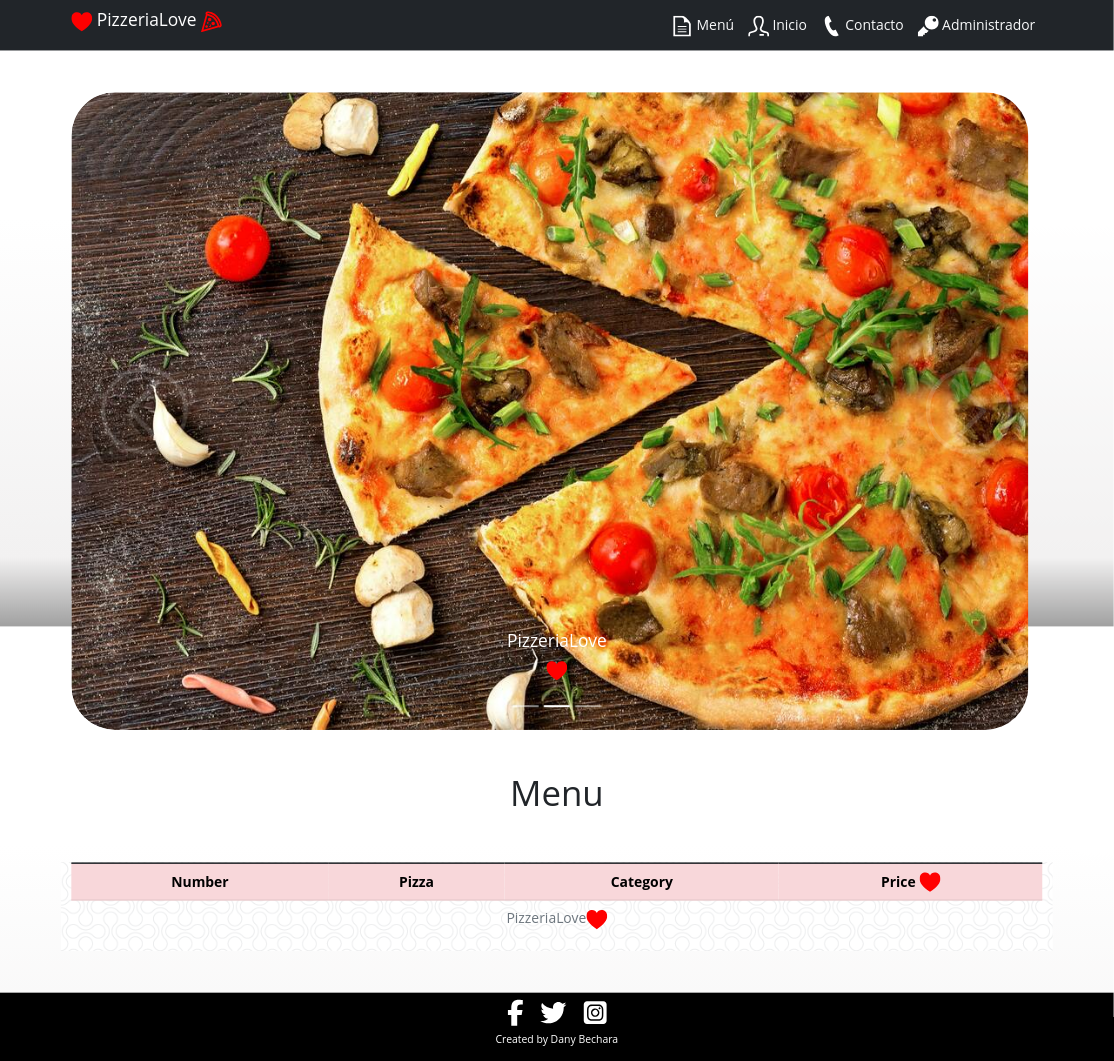
Repository: bechara611/PizzeriaLove
Page: /
An editor plug-in stored every save of this project. The page is shown before and after the next save, followed by the edit.
The browser window is 1280 px wide. The pictures show the whole page, at 87% of full size.
The page's requests for data from a server got no answer. Backgrounds fixed to the window are drawn as part of the page. The project was rebuilt for these pictures with package versions that can differ from the ones it lists, and the page was loaded fresh each time. No one was signed in, and anything a server would have sent is missing. Also part of the build but not shown: src/App.css, src/App.js, src/Componentes/FormularioAgregarMenu.css, src/Elementos/Alerta.js, src/Componentes/FormularioAgregarMenu.js.

Above is the page before, as saved 2022-02-23 08:50:52.

### src/index.js
import React,{useState} from 'react';
import ReactDOM from 'react-dom';
import './index.css';
import 'bootstrap/dist/css/bootstrap.css'
import 'bootstrap/dist/js/bootstrap.bundle.min';
import Header from './Componentes/Header';
import {BrowserRouter,Route, Routes,NavLink} from 'react-router-dom'
import {App,App2} from './App';
import WebFont from 'webfontloader'
import './index.css'
import Carousel from './Componentes/Carousel';
import Menu from './Componentes/Menu';
import Footer from './Componentes/Footer';
import { FormularioAgregarMenu } from './Componentes/FormularioAgregarMenu';

WebFont.load({
  google: {
    families: ['Open Sans:400,500,700', 'Sans-serif']
  }
});

const Index = () => {
  const [administrador,cambiaradministrador]=useState(false);
  return (
  <BrowserRouter>
     <Header administrador={administrador} cambiaradministrador={cambiaradministrador}></Header>
   <Carousel></Carousel>

    <Routes>
    <Route path='/' element={<Menu borrar={false} />} ></Route>
    <Route path='/administrador' element={<FormularioAgregarMenu />} ></Route>
    <Route path='/inicio' element={<Menu borrar={false} />} ></Route>
    </Routes>
    <Footer></Footer>
    </BrowserRouter>
    );
}


ReactDOM.render(

  <Index />,
  document.getElementById('root')
);

### src/index.css
* {
  margin: 0;
  font-family:'Open Sans';
  /* Permalink - use to edit and share this gradient: https://colorzilla.com/gradient-editor/#ffffff+0,ffffff+100&1+0,0+100;White+to+Transparent */



}


body
{
  background: rgb(255,255,255);
  background: linear-gradient(180deg, rgba(255,255,255,1) 0%, rgba(255,255,255,1) 35%, rgba(242,241,241,1) 89%, rgba(10,10,10,0.38699229691876746) 100%);

  background-attachment:fixed;
}

### src/Componentes/Header.js
import {NavLink} from 'react-router-dom'
import styled from 'styled-components';
import { BotonTipoNavLink,BotonTipoNavLinkA } from '../Elementos/BotonTipoNavLink';
import {Pizza2,Administrador2,Inicio2,Menu2,Contacto2,Heart2}from '../Elementos/ImagenesSVG';
import {App,App2} from './../App';
import './Header.css'


const Header = ({cambiaradministrador},{administrador}) => {
    let url1,urladmin;
    url1="/inicio";
    urladmin='/administrador'
      return (
        <>

        <nav className="navbar navbar-expand-sm navbar-dark bg-dark  header_nav">
        <div className="container contenedor1 ">
        <div className='hijo1_header'>
         <BotonTipoNavLink to={url1} className="navbar-brand"> <Heart2 / > PizzeriaLove <Pizza2></Pizza2></BotonTipoNavLink>



        </div>
      <div className='hijo2_header'>
        <button
        className="navbar-toggler mt-2"
        type="button"
        data-bs-toggle="collapse"
        data-bs-target="#menu"
        aria-controls="menu"
        aria-expanded="false"
        aria-label="Mostrar / Ocultar Menu"
      >
        <span className="navbar-toggler-icon"></span>
      </button>

      <div className="collapse navbar-collapse" id="menu">
      <ul className="navbar-nav me-auto mb-2 mb-lg-0 header_menu">
      <li className="nav-item opcion"><a href="#menuu" className="nav-link text-light  opcion"><Menu2></Menu2> Menú</a></li>
        <li className="nav-item"><BotonTipoNavLinkA to={url1} className="nav-link text-light"><Inicio2/> Inicio</BotonTipoNavLinkA></li>
        <li className="nav-item"><BotonTipoNavLink to={url1} className="nav-link text-light"> <Contacto2 /> Contacto</BotonTipoNavLink></li>
        <li className="nav-item"><BotonTipoNavLink to={urladmin} className="nav-link text-light"> <Administrador2 /> Administrador</BotonTipoNavLink></li>
      </ul>

    </div>
    </div>
        </div>

      </nav>

      </>
       );
    }

    export default Header;

### src/Componentes/Carousel.js
import { Heart2 } from '../Elementos/ImagenesSVG'
import imagen1 from './../Imagenes/carousel1.jpg'
import imagen2 from './../Imagenes/carousel2.jpg'
import imagen3 from './../Imagenes/carousel3.jpg'
import './Carousel.css'
const Carousel = () => {
    return (

        <>
<section className="main">
  <div className="container">
    <div className="row mt-5">
      <div className="col">
        <div className="carousel slide carousel-fade" id="mi-carousel" data-bs-ride="carousel">
          <div className="carousel-inner">
            <div className="carousel-item active">
            <div className="carousel-caption">
            <h5>PizzeriaLove</h5>
            <p><Heart2></Heart2></p>
          </div>
              <img className="img-fluid" src={imagen1} alt='' />
            </div>

            <div className="carousel-item" data-bs-interval="5000">
              <div className="carousel-caption">
                <h5>PizzeriaLove</h5>
                <p><Heart2></Heart2></p>
              </div>
              <img className="img-fluid" src={imagen2}  alt=''/>
            </div>
            <div className="carousel-item">
            <div className="carousel-caption">
            <h5>PizzeriaLove</h5>
            <p><Heart2></Heart2></p>
          </div>
            <img className="img-fluid" src={imagen3} alt='' />
            </div>
          </div>



          <button
            className="carousel-control-prev botonprev"
            type="button"
            data-bs-target="#mi-carousel"
            data-bs-slide="prev"
          >
            <span className="carousel-control-prev-icon  icono" aria-hidden="true"></span>
            <span className="visually-hidden">Prev</span>
          </button>
          <button
            className="carousel-control-next"
            type="button"
            data-bs-target="#mi-carousel"
            data-bs-slide="next"
          >
            <span className="carousel-control-next-icon icono" aria-hidden="true"></span>
            <span className="visually-hidden">Next</span>
          </button>




          <div className="carousel-indicators">
            <button
              type="button"
              className="active"
              data-bs-target="#mi-carousel"
              data-bs-slide-to="0"
              aria-label="Slide 1"
            ></button>
            <button
              type="button"
              className=""
              data-bs-target="#mi-carousel"
              data-bs-slide-to="1"
              aria-label="Slide 2"
            ></button>
            <button
              type="button"
              className=""
              data-bs-target="#mi-carousel"
              data-bs-slide-to="2"
              aria-label="Slide 3"
            ></button>
          </div>
        </div>
      </div>
    </div>
  </div>

</section>


        </>
     );
}

export default Carousel;

### src/Componentes/Menu.js
import React from 'react'
import { Heart2, Trash2 } from '../Elementos/ImagenesSVG';
import { db } from '../Firebase/FirebaseConfig';
import './Menu.css'
import useObtenerMenu from '../Hooks/useObtenerMenu';
import BorrarDocumento from '../Firebase/Borrar';

const Menu = ({borrar}) => {
   const [platos,cambiarplatos]=useObtenerMenu();


    return (
        <>
        <div className="container contenedor-tabla">
        <div className="row my-5">

        <div className="col titulo">
        {borrar===true ?   <h1 className=''>Admin, you can delete a plate here:</h1> :    <h1 className=''>Menu</h1>}

        </div>
        </div>
            <div className="row my-5">

             <div className="table-responsive " id='menuu'>
            <table className="table table-hover table" >
            <caption className='captionMenu'>PizzeriaLove<Heart2></Heart2></caption>
             <thead>
             <tr className={borrar===true?'table-success' : 'table-danger'}>
             <th>Number</th>
             <th>Pizza</th>
             <th>Category </th>
             <th>Price <Heart2></Heart2> </th>
             </tr>
             </thead>
             <tbody>
             {
                 platos.map((plato,index)=>{
                     return <React.Fragment key={index}>
                     <tr onClick={()=>{


                     }} >
                     <td>{index +1}</td>
                     <td>{plato.plato}</td>
                     <td>{plato.categorias}</td>
                     {borrar===true ?    <td>{plato.precio}$  <Trash2 onClick={()=>{
                        if (borrar===true) {
                            BorrarDocumento(plato.id)
                         }
                     }}></Trash2> </td> : <td>{plato.precio}</td> }

                     </tr>
                     </React.Fragment>
                 })
             }
             </tbody>
             </table>
            </div>


            </div>
        </div>

        </>

        )

}

export  default Menu;

### src/Componentes/Footer.js
import styled from "styled-components";
import './Footer.css'
import { FontAwesomeIcon } from '@fortawesome/react-fontawesome'
import { faCoffee } from '@fortawesome/free-solid-svg-icons'
import {  faFacebookF,faInstagramSquare,faTwitter } from '@fortawesome/free-brands-svg-icons';
import useObtenerMenu from "../Hooks/useObtenerMenu";


const Footer = () => {
    let face='https://www.facebook.com';
    let insta='https://www.instagram.com';
    let twitter='https://www.twitter.com';
    let nuevaPestana="_blank"

    return (
        <>
        <div className="container-fluid " >
        <div className="row fila">
        <footer className="col-12 footer">
        <a href={face} target={nuevaPestana} className='face'><FontAwesomeIcon icon={faFacebookF}/></a>
        <a href={twitter} target={nuevaPestana} className='twitter'><FontAwesomeIcon icon={faTwitter}/></a>
        <a href={insta} target={nuevaPestana} className='instagram'><FontAwesomeIcon icon={faInstagramSquare}/></a>

        </footer>
        <p className="col-12">Created by Dany Bechara</p>
        </div>
        </div>
        </>
     );
}

export default Footer;

### src/Elementos/BotonTipoNavLink.js
import styled from "styled-components"
import { NavLink } from "react-router-dom"
    const BotonTipoNavLink = styled(NavLink)`
    &:hover
    {
      text-decoration: underline;
      color: black;
    }
    `

    const BotonTipoNavLinkA=styled(BotonTipoNavLink)`
    text-decoration: none;
      color: black;
      cursor:pointer;
    `
    export {BotonTipoNavLink,BotonTipoNavLinkA}

### src/Elementos/ImagenesSVG.js
import styledComponents from 'styled-components';
import {ReactComponent as Pizza} from './../Imagenes/Pizza.svg'
import {ReactComponent as Inicio} from './../Imagenes/Inicio.svg'
import {ReactComponent as Menu} from './../Imagenes/Menu.svg'
import {ReactComponent as Administrador} from './../Imagenes/Administrador.svg'
import {ReactComponent as Contacto} from './../Imagenes/Contacto.svg'
import {ReactComponent as Heart} from './../Imagenes/Heart.svg'
import {ReactComponent as Trash} from './../Imagenes/Trash.svg'
const Pizza2 = styledComponents(Pizza)`
font-size:10px;
z-index: 1;
color:white;
fill:red;

`;
const Inicio2 = styledComponents(Inicio)`
font-size:10px;
z-index: 1;
color:white;
fill:white;

`;
const Menu2 = styledComponents(Menu)`
font-size:10px;
z-index: 1;
color:white;
fill:white;

`;
const Administrador2 = styledComponents(Administrador)`
font-size:10px;
z-index: 1;
color:white;
fill:white;

`;

const Contacto2 = styledComponents(Contacto)`
font-size:10px;
z-index: 1;
color:white;
fill:white;

`;

const Heart2 = styledComponents(Heart)`
font-size:10px;
z-index: 1;
color:white;
fill:red;

`;

const Trash2=styledComponents(Trash)`
fill:blue;
cursor:pointer;
`

export {Pizza2,Administrador2,Inicio2,Menu2, Contacto2,Heart2,Trash2}

### src/Componentes/Header.css

*{
   box-sizing: border-box;
   margin: 0;
   padding: 0;


}
.header_nav2
{
    /* margin-top: -8px; */
    background: -moz-linear-gradient(top,  rgba(211,126,128,1) 0%, rgba(146,171,207,0) 76%, rgba(134,179,222,0) 90%, rgba(125,185,232,0) 100%); /* FF3.6-15 */
background: -webkit-linear-gradient(top,  rgba(211,126,128,1) 0%,rgba(146,171,207,0) 76%,rgba(134,179,222,0) 90%,rgba(125,185,232,0) 100%); /* Chrome10-25,Safari5.1-6 */
background: linear-gradient(to bottom,  rgba(211,126,128,1) 0%,rgba(146,171,207,0) 76%,rgba(134,179,222,0) 90%,rgba(125,185,232,0) 100%); /* W3C, IE10+, FF16+, Chrome26+, Opera12+, Safari7+ */
filter: progid:DXImageTransform.Microsoft.gradient( startColorstr='#d37e80', endColorstr='#007db9e8',GradientType=0 ); /* IE6-9 */


}
body
{
    /* background: url(./../Imagenes/textura.png);
	background-repeat: repeat;
	background-attachment: fixed; */
}

.nav
{


}

.contenedor12
{

    /* min-height: 300px;  */
}

.hijo1_header
{
    align-self: start;
    /* margin-top: 2%; */

}
.hijo2_header
{
    /* margin-top: 2%; */
    align-self: start;
}
.header_menu
{

}

.opcion
{
text-decoration: dotted;
display: inline-block;
opacity: 1;

}



.opcion:hover
{
    text-decoration: underline;
}

.opcion:link
{
color: green;
}

### src/Componentes/Carousel.css
.carousel-inner{border-radius: 50px;}
.carousel-item{border-radius: 50px;}
.img-fluid{border-radius: 50px;}
.icono {
    height: 100px;
    width: 100px;

      /*shape border*/
      border: 5px solid white;
      border-radius: 50%; /*zero for square */
      opacity: 0.3;
      /*symbol */
      color: BLACK;



}
.icono:hover{opacity: 1;}

### src/Firebase/FirebaseConfig.js
import { initializeApp } from "firebase/app";
import { getAnalytics } from "firebase/analytics";
import { getFirestore } from "firebase/firestore";
import { getAuth, createUserWithEmailAndPassword } from "firebase/auth";

const firebaseConfig2 = {
    apiKey: "AIzaSyDhYuWK_8Uy4S-BtkFmFfityIjQnt4M3Is",
    authDomain: "pizzerialove-00.firebaseapp.com",
    projectId: "pizzerialove-00",
    storageBucket: "pizzerialove-00.appspot.com",
    messagingSenderId: "356504995914",
    appId: "1:356504995914:web:c5fee404edbf5f32affeb3",
    measurementId: "G-CK1N9HMEKD"
  };


    const firebaseConfig = {
      apiKey:process.env.REACT_APP_FIREBASE_API_KEY,
      authDomain:process.env.REACT_APP_FIREBASE_AUTH_DOMAIN,
      projectId:process.env.REACT_APP_FIREBASE_PROJECT_ID,
      storageBucket:process.env.REACT_APP_FIREBASE_STORAGE_BUCKET,
      messagingSenderId:process.env.REACT_APP_FIREBASE_MESSAGING_SENDER_ID,
      appId:process.env.REACT_APP_FIREBASE_APP_ID,
      measurementId:process.env.REACT_APP_FIREBASE_MEASUREMENT_ID
    };



// Initialize Firebase
const app = initializeApp(firebaseConfig);
const analytics = getAnalytics(app);
const db= getFirestore();
const auth=getAuth();

export {app,analytics,db,auth};

### src/Componentes/Menu.css
.captionMenu
{
    text-align: center;
}

.titulo{text-align: center;}

td{text-align: center;}
th{text-align: center;}

.basurita{background: black;}

.table-responsive{
     background: url(../Imagenes/textura.png), #019851;



    }

### src/Hooks/useObtenerMenu.js
import React,{useEffect,useState} from 'react'
import { db } from '../Firebase/FirebaseConfig';
import { collection,onSnapshot } from 'firebase/firestore';

const useObtenerMenu = () => {
    const [platos,cambiarplatos]=useState([{}])
    useEffect(()=>{

            const FuncionObtenerMenu=onSnapshot(collection(db,'menu'), (snapShot)=>{

               let vectormenu=snapShot.docs.map((documento)=>{
                  // console.log(documento.id)
                    return {...documento.data(),id:documento.id}
                })
              //  console.log(vectormenu);
                cambiarplatos(vectormenu)
            })





          },[])
          return [platos,cambiarplatos]
}

export default useObtenerMenu;

### src/Firebase/Borrar.js
import { db,app } from './FirebaseConfig'
import {doc,deleteDoc, } from 'firebase/firestore'
const BorrarDocumento =async (id) => {
  try {
  await deleteDoc(doc(db,'menu',id));

   } catch (error) {
    console.log(error)
   }

}

export default BorrarDocumento;

### src/Componentes/Footer.css
.footer
{
    display: flex;
    flex-direction: row;
    justify-content: center;

}
.fila
{
    display: flex;
    justify-content: center;
    text-align: center;
    background: black;
    font-size: 12px;
}
.fila p
{

color: white;
}
.footer a{
    text-decoration: none;
font-size: 30px;
display: inline-block;
color: white;
margin: 0 10px;
}
.face:hover{color: blue;}
.twitter:hover{color: lightblue;}
.instagram:hover{color:#fcaf45}

Loaded but not shown: public/index.html (common file)

After the next save:
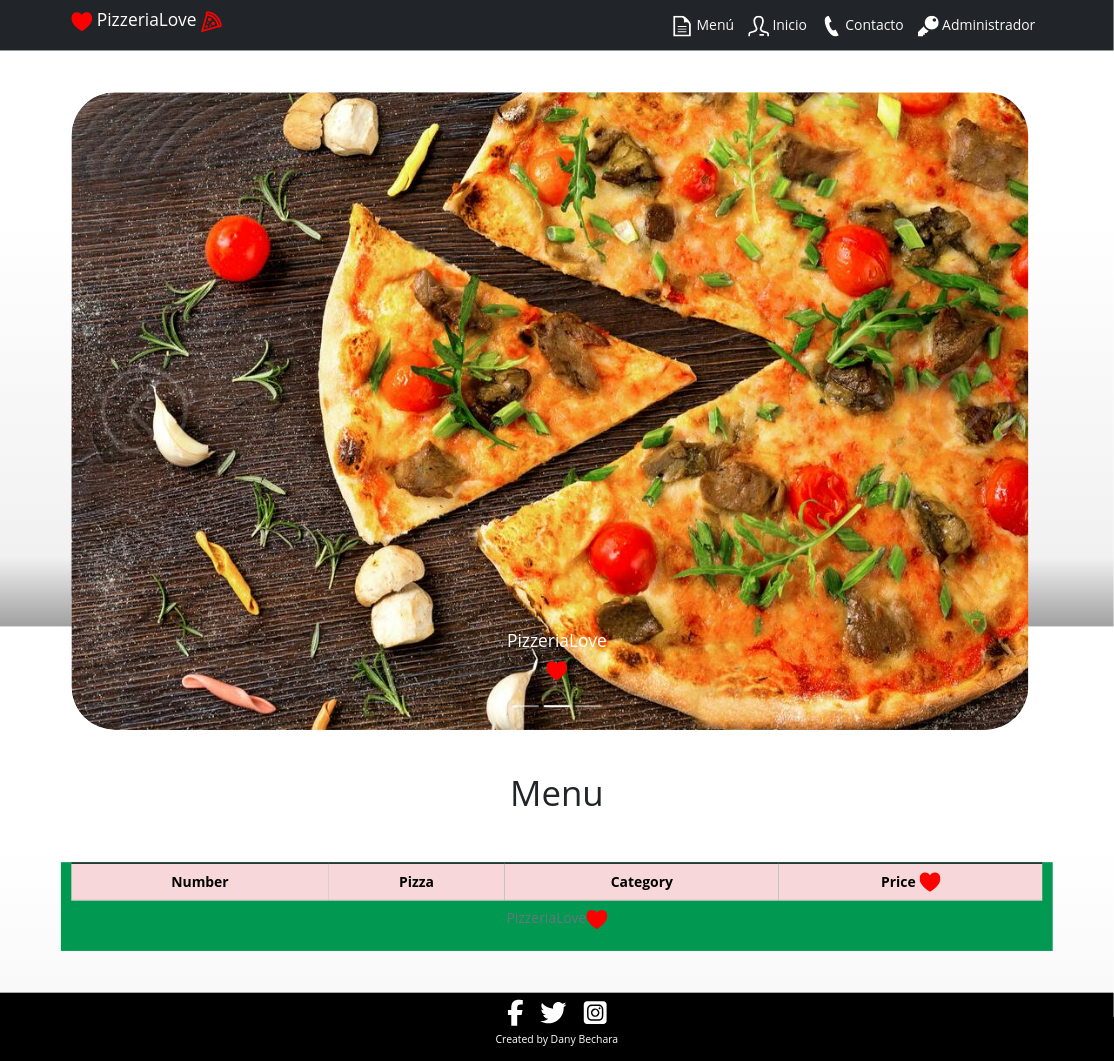
Saved 4 s later.
--- a/src/Componentes/Menu.css
+++ b/src/Componentes/Menu.css
@@ -11,7 +11,7 @@ th{text-align: center;}
 .basurita{background: black;}
 
 .table-responsive{
-     background: url(../Imagenes/textura.png), #019851;
+     background: #019851;
 
 
 
